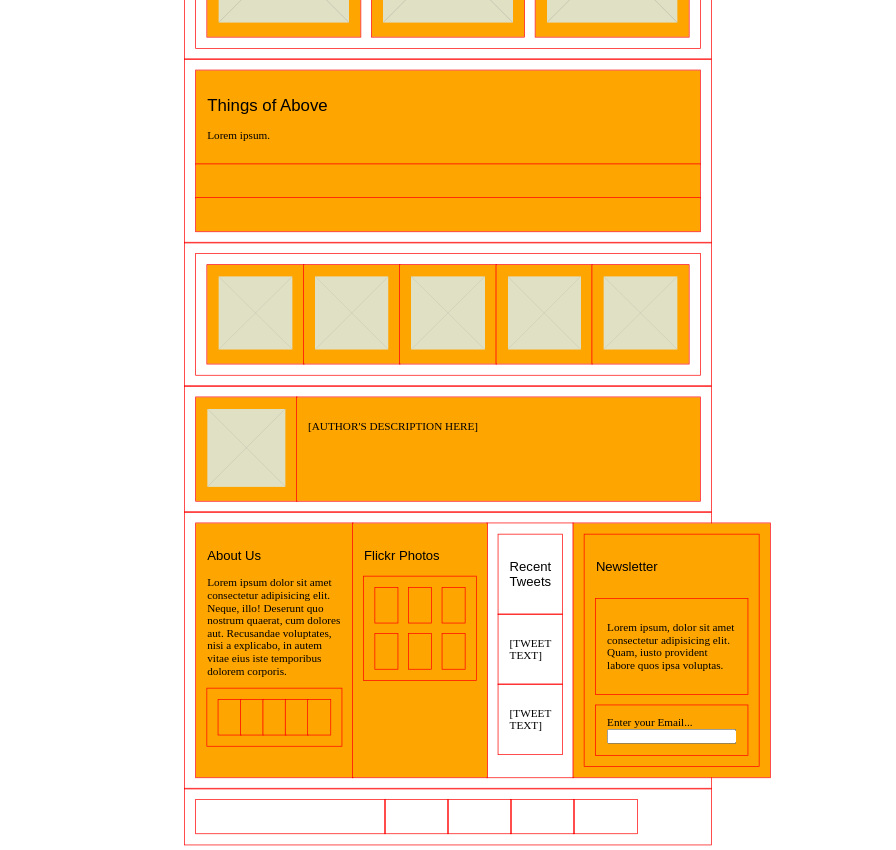
Repository: pjiang604/mdia2003-lab03b
Page: index.html
These files come from the project's save history. The page is drawn as it stood at one moment and after the next save; the edit follows.
The browser window is 1280 px wide. The pictures show the part of the page from y = 1702 to 3622 px (the page is 2916 px tall before and 4268 px after), at 70% of full size.

Above is the page before, as saved 2023-01-25 21:02:24.

### index.html
<!DOCTYPE html>
<html lang="en">

<head>
    <meta charset="UTF-8">
    <meta http-equiv="X-UA-Compatible" content="IE=edge">
    <meta name="viewport" content="width=device-width, initial-scale=1.0">
    <title>Document</title>
    <link rel="stylesheet" href="style.css">
    <link rel="preconnect" href="https://fonts.google.com/specimen/Ubuntu?query=ubuntu">
</head>

<body>
    <nav>
        <div class="row l-col-6-1 m-col-6-1 s-col-2-2">
            <div class="col">
                <img src="images/placeholder.svg" alt="logo" class="logo">
            </div>
            <div class="col hide">
                <a href="/">Home</a>
            </div>
            <div class="col hide">
                <a href="/">Pages</a>
            </div>
            <div class="col hide">
                <a href="/">Blog</a>
            </div>
            <div class="col hide">
                <a href="/">Portfolio</a>
            </div>
            <div class="col hide">
                <a href="/">Email</a>
            </div>
            <div class="col hamburger">
                <p>[HAM MENU]</p>
            </div>
        </div>
    </nav>

    <div class="carousel hide">
        <div class="col">
            <p>[CAROUSEL HERE]</p>
        </div>

    </div>

    <h1>Hey guys! This is the Metrolics theme. It sports a responsive layout with a mobile layout.</h1>
    <div class="topRow">
        <div class="col">
            <h2>Things That We Do</h2>
            <p>Lorem ipsum.</p>
        </div>
        <div class="row l-col-4-1 m-col-2-1 s-col-1-4">
            <div class="col">
                <h3>Web Solutions</h3>
            </div>
            <div class="col">
                <h3>Photography</h3>
            </div>
            <div class="col">
                <h3>Web Development</h3>
            </div>
            <div class="col">
                <h3>Web Design</h3>
            </div>
        </div>
    </div>
    <div class="secondRow">
        <div class="col">
            <h2>What's up Lately?</h2>
            <p>Lorem ipsum.</p>
        </div>
        <div class="row l-col-3-1 m-col-2-1 s-col-1-4">
            <div class="col">
                <img src="images/placeholder.svg" class="image-post" alt="">
            </div>
            <div class="col">
                <img src="images/placeholder.svg" class="image-post" alt="">
            </div>
            <div class="col">
                <img src="images/placeholder.svg" class="image-post" alt="">
            </div>
            <div class="col-1">
                <img src="images/placeholder.svg" class="image-post" alt="">
            </div>
        </div>
    </div>
    <div class="thirdRow">
        <div class="col">
            <h2>Our Latest Projects</h2>
            <p>Lorem ipsum.</p>
        </div>
        <div class="row l-col-3-1 m-col-2-1 s-col-1-1">
            <div class="col">
                <img src="images/placeholder.svg" class="image-post" alt="">
            </div>
            <div class="col">
                <img src="images/placeholder.svg" class="image-post" alt="">
            </div>
            <div class="col">
                <img src="images/placeholder.svg" class="image-post" alt="">
            </div>
            <div class="col">
                <img src="images/placeholder.svg" class="image-post" alt="">
            </div>
            <div class="col">
                <img src="images/placeholder.svg" class="image-post" alt="">
            </div>
            <div class="col">
                <img src="images/placeholder.svg" class="image-post" alt="">
            </div>
        </div>
    </div>

    <div class="accordion">
        <div class="col">
            <h2>Things of Above</h2>
            <p>Lorem ipsum.</p>
        </div>
        <div class="col"></div>
        <div class="col"></div>
    </div>

    <div class="companies">
        <div class="row l-col-5-1 m-col-5-1">
            <div class="col">
                <img src="images/placeholder.svg" class="comp-logo" alt="">
            </div>
            <div class="col">
                <img src="images/placeholder.svg" class="comp-logo" alt="">
            </div>
            <div class="col">
                <img src="images/placeholder.svg" class="comp-logo" alt="">
            </div>
            <div class="col">
                <img src="images/placeholder.svg" class="comp-logo" alt="">
            </div>
            <div class="col">
                <img src="images/placeholder.svg" class="comp-logo" alt="">
            </div>
        </div>
    </div>

    <footer>

        <div class="row l-col-2-4 m-col-2-4 s-col-2-1 author">
            <div class="col">
                <img src="images/placeholder.svg" class="headshot" alt="">
            </div>
            <div class="col">
                <p>[AUTHOR'S DESCRIPTION HERE]</p>
            </div>
        </div>

        <div class="row l-footer-grid m-row m-footer-grid">
            <div class="col about-socials">
                <h3 class="m-row hide">About Us</h3>
                <p class="m-row hide">Lorem ipsum dolor sit amet consectetur adipisicing elit. Neque, illo! Deserunt quo
                    nostrum
                    quaerat, cum dolores aut. Recusandae voluptates, nisi a explicabo, in autem vitae eius iste
                    temporibus dolorem corporis.</p>
                <div class="row l-col-5-1 m-col-5-1 s-col-5-1">
                    <div class="col">
                        <img src="images/placeholder.svg" class="social-img" alt="">
                    </div>
                    <div class="col">
                        <img src="images/placeholder.svg" class="social-img" alt="">
                    </div>
                    <div class="col">
                        <img src="images/placeholder.svg" class="social-img" alt="">
                    </div>
                    <div class="col">
                        <img src="images/placeholder.svg" class="social-img" alt="">
                    </div>
                    <div class="col">
                        <img src="images/placeholder.svg" class="social-img" alt="">
                    </div>
                </div>
            </div>

            <div class="col flickr">
                <h3>Flickr Photos</h3>
                <div class="row l-col-3-1 m-col-3-1">
                    <div class="col">
                        <img src="images/placeholder.svg" class="flickr-img" alt="">
                    </div>
                    <div class="col">
                        <img src="images/placeholder.svg" class="flickr-img" alt="">
                    </div>
                    <div class="col">
                        <img src="images/placeholder.svg" class="flickr-img" alt="">
                    </div>
                    <div class="col">
                        <img src="images/placeholder.svg" class="flickr-img" alt="">
                    </div>
                    <div class="col">
                        <img src="images/placeholder.svg" class="flickr-img" alt="">
                    </div>
                    <div class="col">
                        <img src="images/placeholder.svg" class="flickr-img" alt="">
                    </div>
                </div>
            </div>

            <div class="live-social m-col">
                <div class="row">
                    <h3>Recent Tweets</h3>
                </div>
                <div class="row">
                    <p>[TWEET TEXT]</p>
                </div>
                <div class="row">
                    <p>[TWEET TEXT]</p>
                </div>
            </div>

            <div class="col newsletter">
                <div class="row m-col-1-1">
                    <h3>Newsletter</h3>
                    <div class="col">
                        <p>Lorem ipsum, dolor sit amet consectetur adipisicing elit. Quam, iusto provident labore quos
                            ipsa
                            voluptas.</p>
                    </div>
                    <div class="col">
                        <label for="email">Enter your Email...</label>
                        <input type="email" id="email">
                    </div>

                </div>
            </div>
        </div>

        <div class="row footer-decor">
            <div class="decor"></div>
            <div class="decor"></div>
            <div class="decor"></div>
            <div class="decor"></div>
            <div class="decor"></div>
        </div>

    </footer>
</body>

</html>

### style.css
html {
    padding: 0 20vw;
}

div {
    outline: 1px solid red;
    min-height: 1rem;
    padding: 1rem;
}

h1,
h2,
h3,
h4,
h5,
h6 {
    font-family: Ubuntu, sans-serif;
    font-weight: 300;
}

.row {
    display: grid;
    row-gap: 1rem;
}

.col {
    position: relative;
    background-color: orange;
}

.image-post {
    width: 100%;
}

.flickr-img{
    width: 100%;
}

.logo {
    width: 100%;
}

.hamburger {
    display: none;

}

.headshot {
    width: 100%;
}

.social-img {
    width: 100%;
}

.comp-logo{
    width: 100%;
}

.footer-decor{
    grid-template-columns: 3fr 1fr 1fr 1fr 1fr 1fr;
}



/** small/mobile version */
@media screen and (max-width:29.9375em) {
    .row {
        max-width: 70em;
        column-gap: .5rem;
        row-gap: 1.5rem;
        margin: 0 auto;
    }

    .hide, .flickr, .newsletter, .companies {
        display: none;
    }

    .hamburger {
        display: contents;
    }

    .s-col-1-4 {
        grid-template-columns: 4fr;
    }

    .s-col-2-2 {
        grid-template-columns: repeat(2, 2fr);
    }

    .s-col-1-1 {
        grid-template-columns: 1fr;
    }

    .s-col-5-1 {
        grid-template-columns: repeat(5, 1fr);
    }

    .s-col-2-1 {
        grid-template-columns: repeat(2, 1fr);
    }

    .footer-grid{
        display: none;
    }

    .col-1 {
        display:content;
        background-color: orange;
    }
}

/** medium and up. applicable for both tablet and mobile version */
@media screen and (max-width:30em) {
    .carousel {
        display:none;
    }

    .image-post.hide{
        display: contents;
    }

    .col-1 {
        display: content;
        background-color: orange;
    }

}

/** medium only */
@media screen and (min-width:40em) and (max-width:63.9375em) {

    .hide {
        display: contents;
    }

    .m-footer-grid{
        grid-template-columns: repeat(2, 1fr);
    }

    .m-row{
        display: grid;
        row-gap: 1rem;
    }

    .m-col{
        position: relative;
    }

    .m-col-6-1{
        grid-template-columns: 3fr 1fr 1fr 1fr 1fr 1fr;
    }

    .m-col-2-1{
        grid-template-columns: repeat(2, 1fr);
        column-gap: 1rem;
    }

    .m-col-5-1{
        grid-template-columns: repeat(5, 1fr);
        column-gap: 1rem;
    }

    .m-col-2-4{
        grid-template-columns: 1fr 4fr;
    }

    .m-col-3-1{
        grid-template-columns: repeat(3, 1fr);
        column-gap: 1rem;
    }

    .m-col-1-1{
        grid-template-columns: 1fr
    }

    .col-1 {
        display:content;
        background-color: orange;
    }

}

/** large only */
@media screen and (min-width:64em) {

    .l-col-6-1{
        grid-template-columns: repeat(6, 1fr);
    }

    .l-col-4-1{
        grid-template-columns: repeat(4, 1fr);
        column-gap: 1rem;
    }

    .l-col-3-1{
        grid-template-columns: repeat(3, 1fr);
        column-gap: 1rem;
    }

    .l-col-5-1{
        grid-template-columns: repeat(5, 1fr);
    }

    .l-col-2-4{
        grid-template-columns: 1fr 4fr;
    }


    .l-col-5-1{
        grid-template-columns: repeat(5, 1fr)
    }

    .l-col-3-1{
        grid-template-columns: repeat(3, 1fr);
        column-gap: 1rem;
    }

    .image-post.hide{
        display: none;
    }

    .l-footer-grid{
        grid-template-columns: repeat(4, 1fr);
    }

    .col-1 {
        display:none;
    }

}

### images/placeholder.svg
<!-- Created with PhotoLine 21.40B9 (www.pl32.com) -->
<!DOCTYPE svg PUBLIC "-//W3C//DTD SVG 1.1//EN" "http://www.w3.org/Graphics/SVG/1.1/DTD/svg11.dtd"[]>
<svg width="1024" height="1024" version="1.1" xmlns="http://www.w3.org/2000/svg" xmlns:xlink="http://www.w3.org/1999/xlink">
  <g id="Square/Rectangle">
    <rect fill="#e0e0c4" fill-rule="evenodd" width="1024" height="1024" />
  </g>
  <path stroke-width="2" stroke-miterlimit="10" fill="none" stroke="#808080" d="M0 0 L1024 1024" />
  <g transform="matrix(0 1 -1 0 1024 0)">
    <path transform="matrix(-0 -1.000001 1.000001 -0 0.000153 1024.000854)" stroke-width="2" stroke-miterlimit="10" fill="none" stroke="#808080" d="M1024 -0 L0 1024" />
  </g>
</svg>

After the next save:
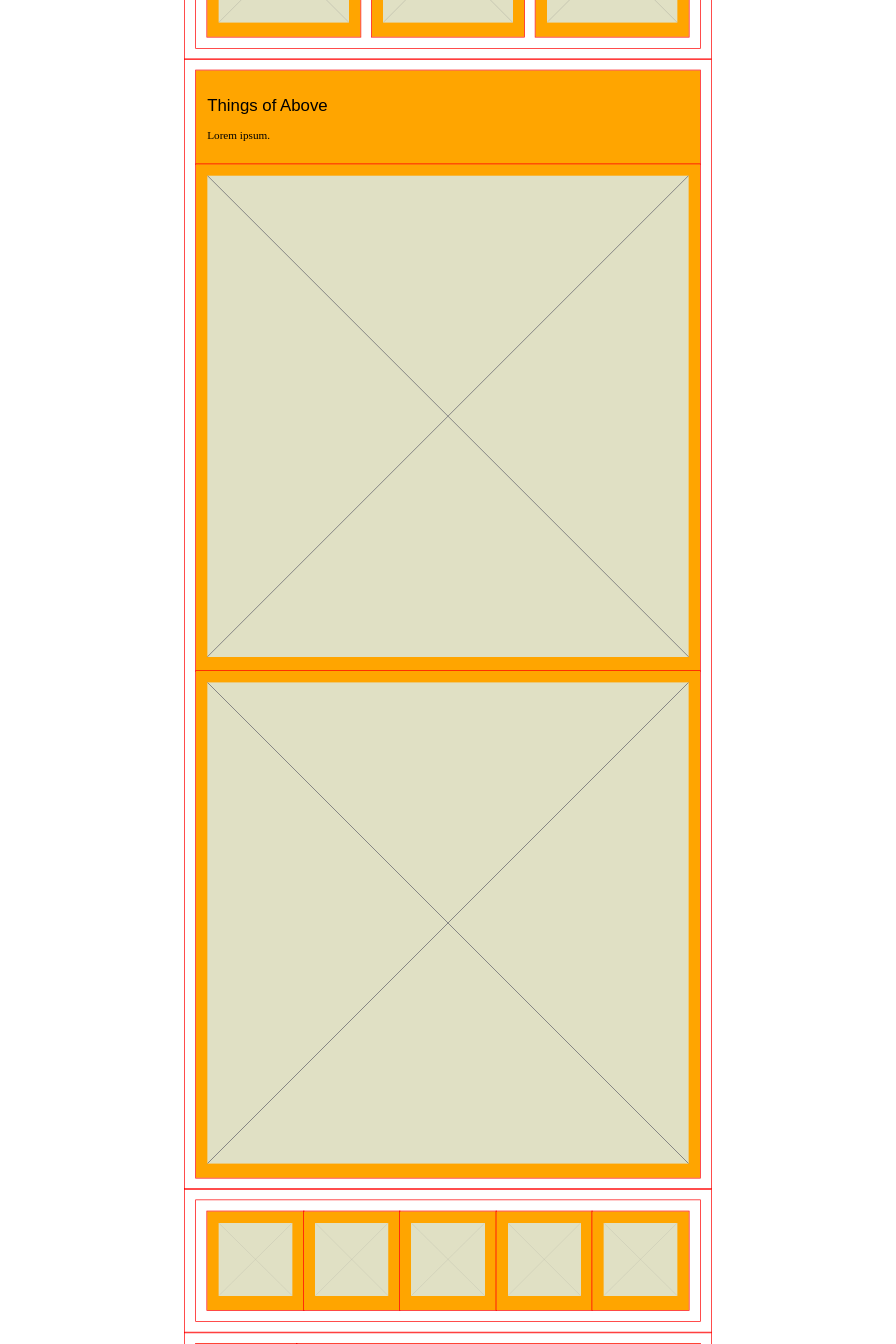
Saved 11 s later.
--- a/index.html
+++ b/index.html
@@ -117,8 +117,12 @@
             <h2>Things of Above</h2>
             <p>Lorem ipsum.</p>
         </div>
-        <div class="col"></div>
-        <div class="col"></div>
+        <div class="col">
+            <img src="images/placeholder.svg" class="comp-logo" alt="">
+        </div>
+        <div class="col">
+            <img src="images/placeholder.svg" class="comp-logo" alt="">
+        </div>
     </div>
 
     <div class="companies">

After the save that followed:
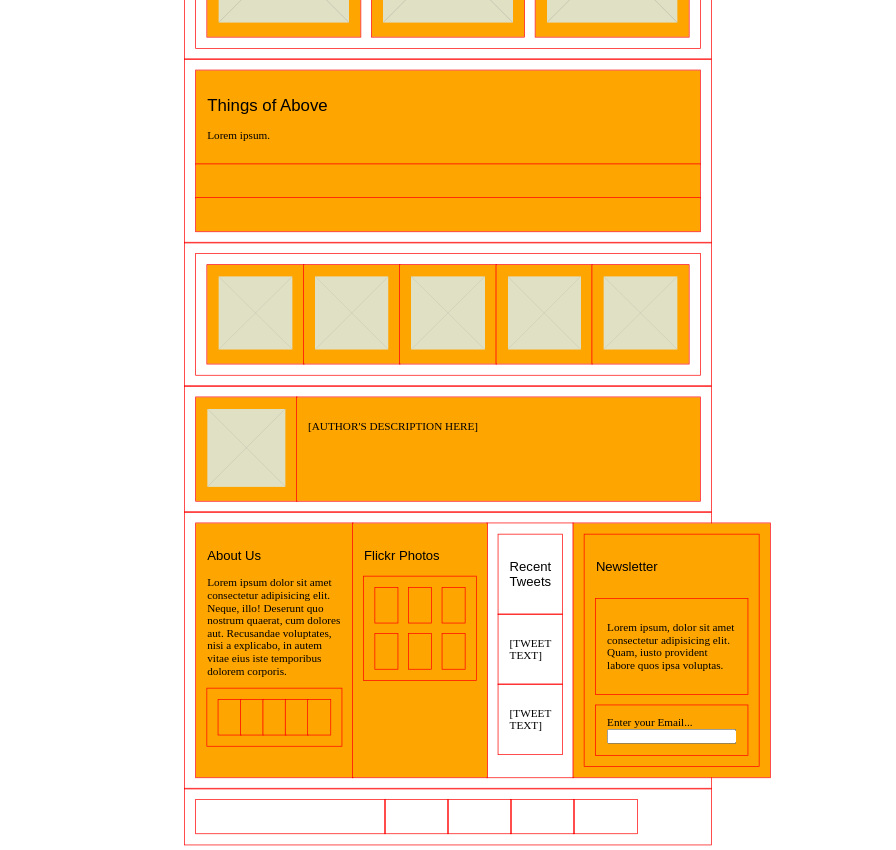
Saved 21 s later.
--- a/index.html
+++ b/index.html
@@ -118,10 +118,8 @@
             <p>Lorem ipsum.</p>
         </div>
         <div class="col">
-            <img src="images/placeholder.svg" class="comp-logo" alt="">
-        </div>
-        <div class="col">
-            <img src="images/placeholder.svg" class="comp-logo" alt="">
+        </div>
+        <div class="col">
         </div>
     </div>
 
